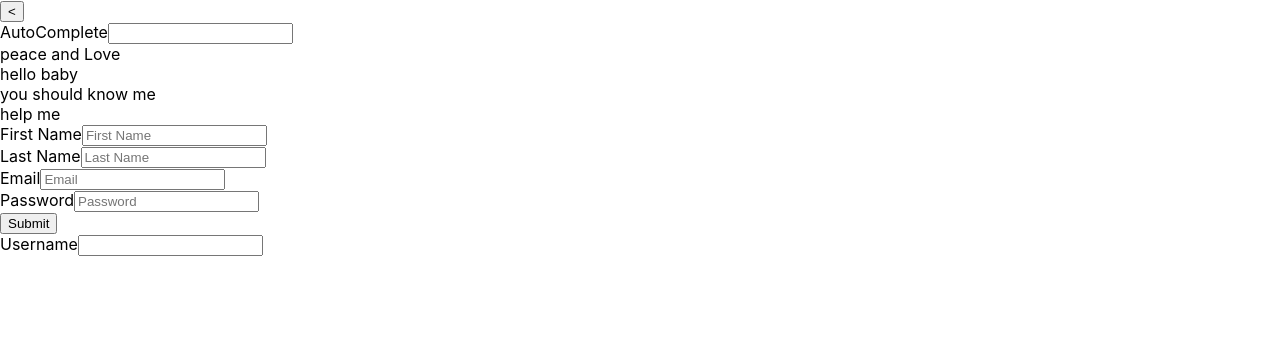
Repository: Jimmy-Lu-iK/Demo-UI
Page: /
The author's editor kept a copy of each file at every save. The page is drawn from the files as they stood at one save, then again after the next save.
The browser window is 1280 px wide. The pictures show the whole page.
The project was rebuilt for these pictures with package versions that can differ from the ones it lists, and the page was loaded fresh each time. Also part of the build but not shown: src/App.css, src/components/Option.js, src/components/FormInput.css, src/Js/ArrayBuiltIn.js, src/Js/Word.js.

Above is the page before, as saved 2023-02-12 19:33:34.

### src/App.js
import './App.css';
import AutoComplete from './components/AutoComplete';
import Dropdown from './components/Dorpdown';
import FormInput from './components/FormInput';
import FormValidate from './components/FormValidate';
import ArrayBuiltIn from './Js/ArrayBuiltIn';
import Word from './Js/Word';

const App = () => {
  return <div>
    <Dropdown />
    <AutoComplete />
    <FormValidate />
    <form>
      <FormInput />
    </form>
    {/* <ArrayBuiltIn /> */}
    {/* <Word sentence="hello my name hello is Jinming I want to make friend with you let us to be good friends forever"/> */}
  </div>
};


export default App;

### src/components/AutoComplete.js
import { useState } from "react"

function AutoComplete() {
  const [value, setValue] = useState('')

  const filmList = ['peace and Love',' hello baby', 'you should know me', 'help me']

  const handleChange = (e) => {
    setValue(e.target.value)
  }

  const handleClick = (film) => {
    setValue(film)
  }

  const filteredFilms = filmList.filter((film) => {
    return film.toLowerCase().includes(value.toLowerCase())
  })

  const content= filteredFilms.map((film,index) => {
    return <div key={index} onClick={()=>handleClick(film)}>{film}</div>
  })


  return <div>
    AutoComplete
    <input value={value} onChange={handleChange} />
    <div>
      {content}
    </div>
  </div>
}

export default AutoComplete

### src/components/Dorpdown.js
import { useState } from "react"
import Option from "./Option"

function Dropdown() {
  const [options, setOptions] = useState(['item1','item2'])
  const [select, setSelect] = useState('')
  const [open, setOpen] = useState(false)
  const [add, setAdd] = useState(false)
  const [value, setValue] = useState('')

  const handleChoose = (option) => {
    setSelect(option)
    setOpen(false)
  }

  const handleAdd = (event) => {
    console.log(event)
    setAdd(true)
  }

  const handleChange = (e) => {
    setValue(e.target.value)
  }

  const hanldeSubmit = (e) => {
    e.preventDefault();
    setOptions([...options, value])
    setAdd(false)
  }

  const hanldeOpen = () => {
    setOpen(!open)
  }

  const hanldeEdit = (option,index,newValue) => {
    let newOptions = [...options]

    if(newValue) {
      newOptions[index] = newValue
      setOptions(newOptions)
    } else {
      let newNewOption = newOptions.slice(0,index).concat(newOptions.slice(index+1,newOptions.length-1))
      setOptions(newNewOption)
    }
  }

  const displayContent = <div>{select} <button onClick={hanldeOpen}>{'<'}</button></div>

  const optionsContent = options.map((option,index) => {
    return <Option
            option={option}
            index={index}
            key={option}
            handleChoose={handleChoose}
            handleEdit={hanldeEdit}
          />
  })

  const addContent = add
    ? <form onSubmit={hanldeSubmit}><label>New</label><input value={value} onChange={handleChange}></input><button>Add</button></form>
    : <li onClick={handleAdd}>Add</li>

  return <div>
    {displayContent}
    {open && optionsContent}
    {open && addContent}
  </div>
}

export default Dropdown

### src/components/FormInput.js
import './FormInput.css'

function FormInput() {
  return <div className="formInput">
    <label>Username</label>
    <input/>
  </div>
}

export default FormInput

### src/components/FormValidate.js
import { useState } from "react"
import validator from 'validator';

function FormValidate() {
  const [firstName, setFirstName] = useState('')
  const [lastName, setLastNamee] = useState('')
  const [email, setEmail] = useState('')
  const [password, setPassword] = useState('')

  const handleSubmit = (e) => {
    e.preventDefault();

    const validation = validator.isEmail(email)
    if(validation) {
      alert('success!')
    } else {
      alert('fail!')
    }
  }

  const handleFN = (e) => {
    setFirstName(e.target.value)
  }

  const handleLN = (e) => {
    setLastNamee(e.target.value)
  }

  const handleEmail = (e) => {
    setEmail(e.target.value)
  }

  const handlePassword = (e) => {
    setPassword(e.target.value)
  }

  return (
    <div>
      <form style={{display: 'flex-column'}} onSubmit={handleSubmit}>
        <div>
          <label>First Name</label>
          <input placeholder='First Name' type="text" value={firstName} onChange={handleFN} />
        </div>
        <div>
          <label>Last Name</label>
          <input placeholder='Last Name' type="text" value={lastName} onChange={handleLN} />
        </div>
        <div>
          <label>Email</label>
          <input placeholder='Email' type="text" value={email} onChange={handleEmail} />
        </div>
        <div>
          <label>Password</label>
          <input placeholder='Password' type="text" value={password} onChange={handlePassword} />
        </div>
        <button type='submit'>Submit</button>
      </form>
    </div>
  )
}

export default FormValidate

Loaded but not shown: public/index.html (common file); src/index.js (common file); src/index.css (common file)

After the next save:
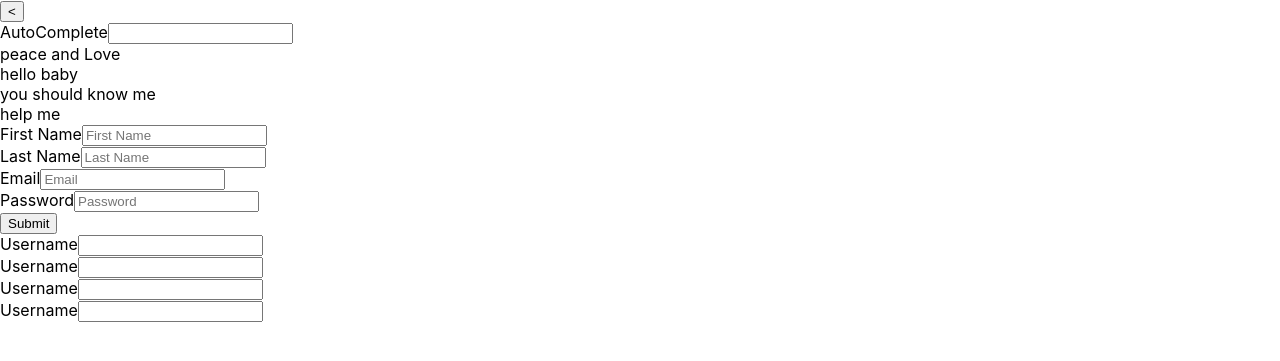
Saved 6 s later.
--- a/src/App.js
+++ b/src/App.js
@@ -13,6 +13,9 @@ const App = () => {
     <FormValidate />
     <form>
       <FormInput />
+      <FormInput />
+      <FormInput />
+      <FormInput />
     </form>
     {/* <ArrayBuiltIn /> */}
     {/* <Word sentence="hello my name hello is Jinming I want to make friend with you let us to be good friends forever"/> */}
